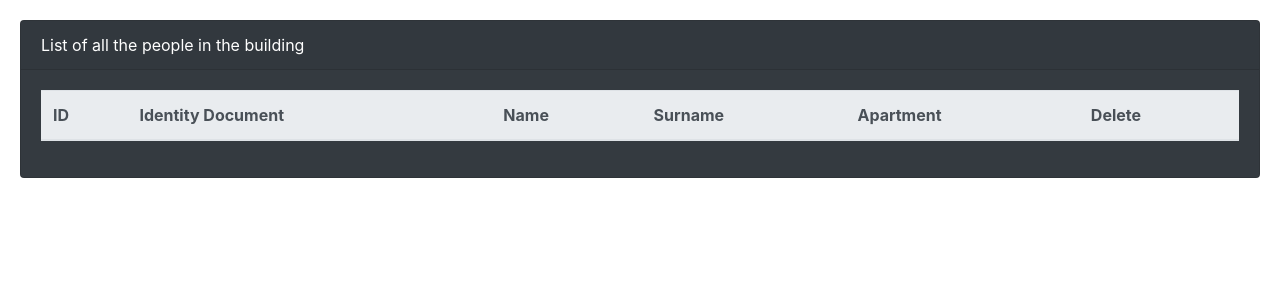
Repository: JMarJus/TalleresDUAL_2
Page: http://localhost/floors
These files come from the project's save history. The page is drawn as it stood at one moment and after the next save; the edit follows.
The browser window is 1280 px wide. The pictures show the whole page.
The page is this project's Thymeleaf template; nobody is signed in. The template is opened directly, without the code that normally fills it, so the values that code supplies are empty.

Above is the page before, as saved 2023-12-25 17:35:12.
Console error: TypeError: Cannot read properties of undefined (reading 'fn')

### spring01/src/main/resources/templates/floors.html
<!DOCTYPE html>
<html xmlns:th="http://www.thymeleaf.org">
	<head>
		<meta http-equiv="Content-Type" content="text/html; charset=UTF-8" />
		<title>Spring 01 - View person</title>
		<link rel="stylesheet" href="https://stackpath.bootstrapcdn.com/bootstrap/4.3.1/css/bootstrap.min.css">
		<script src="https://stackpath.bootstrapcdn.com/bootstrap/4.3.1/js/bootstrap.min.js"></script>
	</head>
	<body class="card-body">
		<div class="card text-white bg-dark mb-3">
			<div class="card-header">List of all the people in the building</div>
			<div class="card-body">
				<table class="table table-striped table-dark">
					<thead class="thead-light">
						<tr>
							<th scope="col">ID</th>
							<th scope="col">Identity Document</th>
							<th scope="col">Name</th>
							<th scope="col">Surname</th>
							<th scope="col">Apartment</th>
							<th scope="col">Delete</th>
						</tr>
					</thead>
					<tbody>
						<th:block th:each="person:${people}">
							<tr>
								<td th:text="${person.id}"/>
								<td th:text="${person.identityDoc}"/>
								<td th:text="${person.name}"/>
								<td th:text="${person.surname}"/>
								<td th:text="${person.apartmentId}"/>
								<th:block th:each="apartment:${apartments}">
									<td th:text="${person.surname}"/>
									<span th:if="${apartment.id}==${person.apartmentId}"><td th:text="${apartment.letter}"/></span>
									<th:block th:each="floor:${floors}">
										<span th:if="${floor.id}==${apartment.floorId}"><td th:text="${floor.level}"/></span>
									</th:block>
								</th:block>
								<td>
									<form th:action="@{/postRemovePerson}" method="post">
										<button type="submit" id="btnRemovePerson" name="identityDoc" th:value="${person.identityDoc}" class="btn btn-danger">X</button>
									</form>
								</td>
							</tr>
						</th:block>
					</tbody>
				</table>
			</div>
		</div>
	</body>
</html>

After the next save:
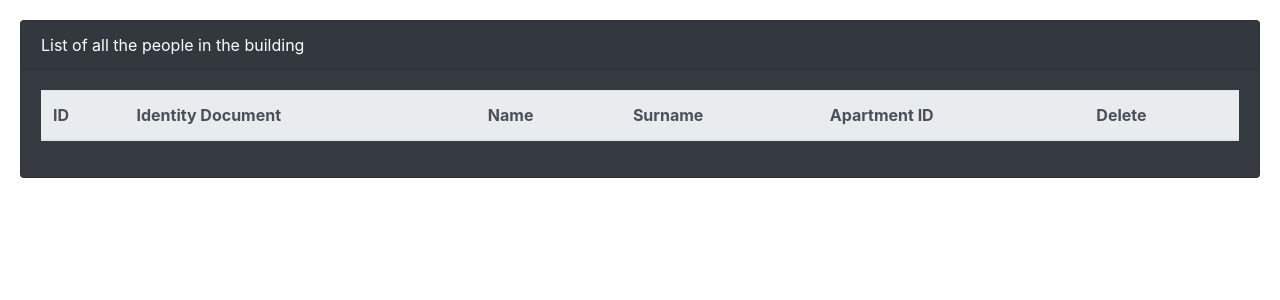
Saved 9 s later.
--- a/spring01/src/main/resources/templates/floors.html
+++ b/spring01/src/main/resources/templates/floors.html
@@ -17,7 +17,7 @@
 							<th scope="col">Identity Document</th>
 							<th scope="col">Name</th>
 							<th scope="col">Surname</th>
-							<th scope="col">Apartment</th>
+							<th scope="col">Apartment ID</th>
 							<th scope="col">Delete</th>
 						</tr>
 					</thead>
